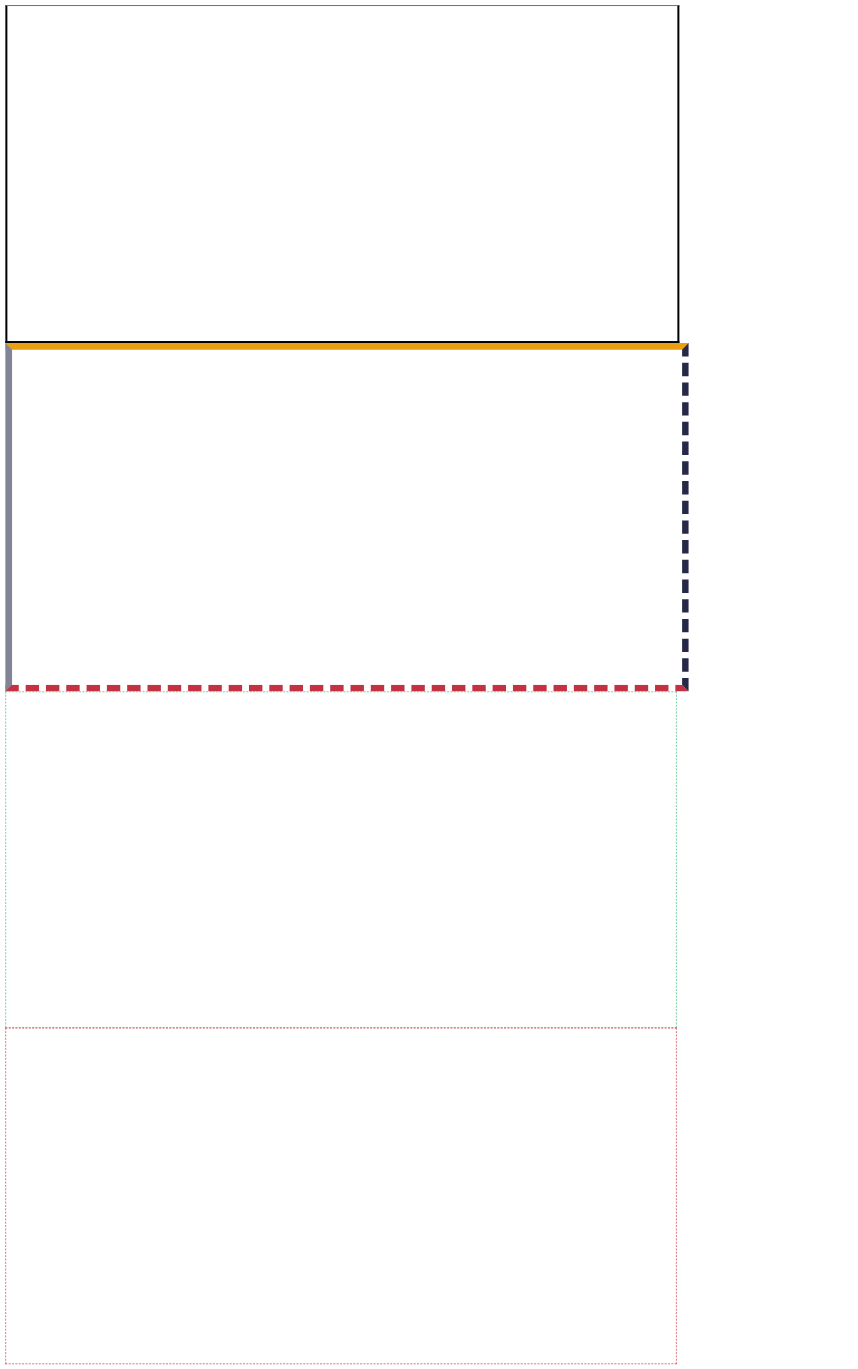
Repository: SharkPem/WebLearn
Page: Learn_HTML_CSS_cong0dao1/practise_17.html
These files come from the project's save history. The page is drawn as it stood at one moment and after the next save; the edit follows.
The browser window is 1280 px wide. The pictures show the whole page, at 67% of full size.

Above is the page before, as saved 2022-05-12 15:57:40.

### Learn_HTML_CSS_cong0dao1/practise_17.html
<!DOCTYPE html>
<html lang="en">

<head>
    <meta charset="UTF-8">
    <title>Title</title>
    <style type="text/css">
        div {
            width: 1000px;
            height: 500px;
        }

        #div1 {
            border-top: 1px #252947;
            border-style: solid;
        }

        #div2 {
            border-top: 10px #eb9e11 solid;
            border-bottom: 10px #c43143 dashed;
            border-left: 10px #818496 solid;
            border-right: 10px #252947 dashed;
        }

        #div3 {
            border-width: 1px;
            border-style: dashed;
            border-color: #38B774;
        }

        #div4 {
            border: 1px dashed #c43143;
        }
    </style>
</head>

<body>
    <div id="div1"></div>
    <div id="div2"></div>
    <div id="div3"></div>
    <div id="div4"></div>
</body>

</html>

After the next save:
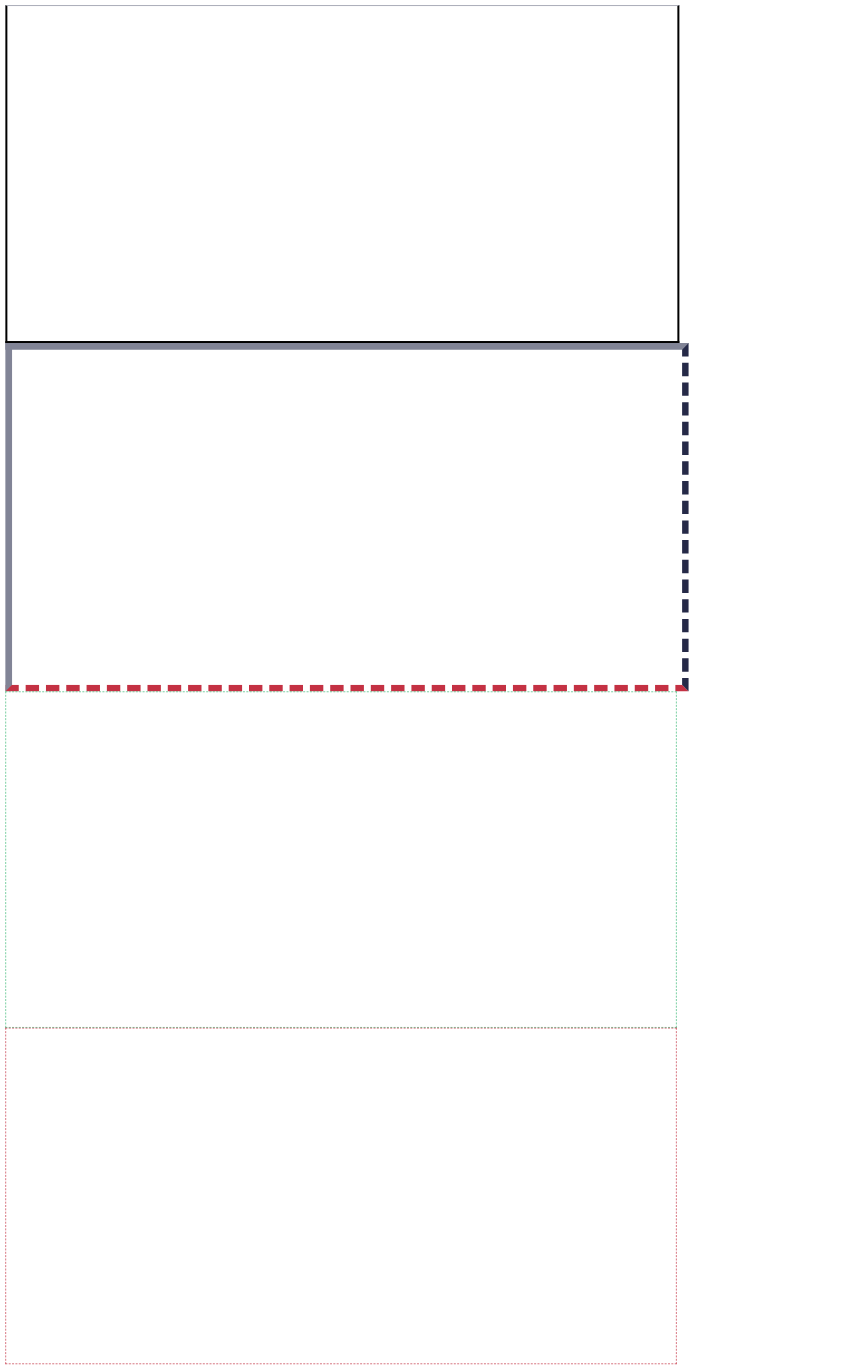
Saved 25 s later.
--- a/Learn_HTML_CSS_cong0dao1/practise_17.html
+++ b/Learn_HTML_CSS_cong0dao1/practise_17.html
@@ -11,12 +11,12 @@
         }
 
         #div1 {
-            border-top: 1px #252947;
+            border-top: 1px #818496;
             border-style: solid;
         }
 
         #div2 {
-            border-top: 10px #eb9e11 solid;
+            border-top: 10px #818496 solid;
             border-bottom: 10px #c43143 dashed;
             border-left: 10px #818496 solid;
             border-right: 10px #252947 dashed;
